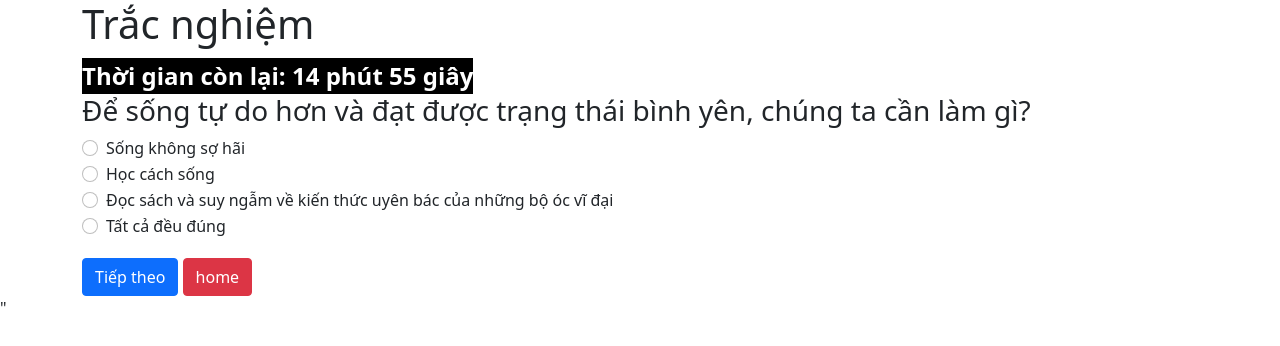
Repository: tran-thien-nhan/quiz_tlln
Page: daily_stoic_quiz.html
The author's editor kept a copy of each file at every save. The page is drawn from the files as they stood at one save, then again after the next save.
The browser window is 1280 px wide. The pictures show the whole page.

Above is the page before, as saved 2023-06-25 20:44:42.

### daily_stoic_quiz.html
<!DOCTYPE html>
<html lang="en">

<head>
    <meta charset="UTF-8">
    <meta name="viewport" content="width=device-width, initial-scale=1.0">
    <title>Trắc nghiệm</title>
    <link rel="stylesheet" href="https://cdnjs.cloudflare.com/ajax/libs/bootstrap/5.0.2/css/bootstrap.min.css">
    <style>
        .question {
            margin-bottom: 20px;
        }
    </style>
</head>

<body>
    <div class="container">
        <h1>Trắc nghiệm</h1>
        <div id="timeclock"></div>
        <div class="question" id="questionContainer">
            <h3 id="question"></h3>
            <img src="" alt="" id="image" style="display: none; width: 20rem; height: 10rem;"> <!-- Thêm thẻ <img> để hiển thị hình ảnh -->
            <div class="form-check">
                <input class="form-check-input" type="radio" name="answer" id="answer1">
                <label class="form-check-label" for="answer1" id="answerText1"></label>
            </div>
            <div class="form-check">
                <input class="form-check-input" type="radio" name="answer" id="answer2">
                <label class="form-check-label" for="answer2" id="answerText2"></label>
            </div>
            <div class="form-check">
                <input class="form-check-input" type="radio" name="answer" id="answer3">
                <label class="form-check-label" for="answer3" id="answerText3"></label>
            </div>
            <div class="form-check">
                <input class="form-check-input" type="radio" name="answer" id="answer4">
                <label class="form-check-label" for="answer4" id="answerText4"></label>
            </div>
            <span id="result"></span>
        </div>

        <button class="btn btn-primary" id="nextButton">Tiếp theo</button>
        <span id="score"></span>
        <a href="index.html" class="btn btn-danger" id="home">home</a>
    </div>

    <!-- Modal -->
    <div class="modal fade" id="myModal" tabindex="-1" aria-labelledby="exampleModalLabel" aria-hidden="true">
        <div class="modal-dialog">
            <div class="modal-content">
                <div class="modal-header">
                    <button type="button" class="btn-close" data-bs-dismiss="modal" aria-label="Close"></button>
                </div>
                <div class="modal-body">
                    Bạn có 15 phút để làm trắc nghiệm.
                    <input type="text" placeholder="điền tên ở đây...">
                </div>
            </div>
        </div>
    </div>

    <script src="https://cdnjs.cloudflare.com/ajax/libs/bootstrap/5.0.2/js/bootstrap.bundle.min.js"></script>
    <script>
        // Đọc câu hỏi từ tệp JSON
        fetch("daily_stoic.json")
            .then(response => response.json())
            .then(data => {
                const questions = data.questions;

                // Lấy ngẫu nhiên 20 câu hỏi
                const randomQuestions = getRandomElements(questions, 3);

                let currentQuestionIndex = 0;
                let score = 0;
                let timeRemaining = 900; // 15 phút * 60 giây = 900 giây

                const questionContainer = document.getElementById("questionContainer");
                const questionElement = document.getElementById("question");
                const imageElement = document.getElementById("image");
                const answerTextElements = [
                    document.getElementById("answerText1"),
                    document.getElementById("answerText2"),
                    document.getElementById("answerText3"),
                    document.getElementById("answerText4")
                ];
                const resultElement = document.getElementById("result");
                const nextButton = document.getElementById("nextButton");
                const scoreElement = document.getElementById("score");

                // Cập nhật câu hỏi và câu trả lời
                function updateQuestion() {
                    const question = randomQuestions[currentQuestionIndex];
                    questionElement.textContent = question.question;
                    resultElement.textContent = "";

                    // Kiểm tra xem câu hỏi có hình ảnh hay không
                    if (question.hasOwnProperty("image") && question.image !== "") {
                        imageElement.style.display = "block"; // Hiển thị thẻ <img>
                        imageElement.src = question.image; // Đặt đường dẫn hình ảnh
                    } else {
                        imageElement.style.display = "none"; // Ẩn thẻ <img> nếu không có hình ảnh
                    }

                    for (let i = 0; i < answerTextElements.length; i++) {
                        answerTextElements[i].textContent = question.choices[i];
                    }
                }

                // Kiểm tra câu trả lời
                function checkAnswer() {
                    const question = randomQuestions[currentQuestionIndex];
                    const selectedAnswer = document.querySelector('input[name="answer"]:checked');

                    if (selectedAnswer) {
                        const selectedAnswerText = selectedAnswer.nextElementSibling.textContent;

                        if (selectedAnswerText === question.correctAnswer) {
                            score += 1;
                            resultElement.textContent = "Đúng";
                            resultElement.style.color = "green";
                        } else {
                            resultElement.textContent = "Sai";
                            resultElement.style.color = "red";
                        }

                        setTimeout(() => {
                            currentQuestionIndex++;

                            if (currentQuestionIndex < randomQuestions.length) {
                                updateQuestion();
                                selectedAnswer.checked = false;
                                nextButton.disabled = true;
                                setTimeout(() => {
                                    nextButton.disabled = false;
                                }, 200);
                            } else {
                                clearInterval(timerInterval);
                                questionContainer.style.display = "none";
                                nextButton.style.display = "none";
                                const finalScore = (score / randomQuestions.length) * 10;
                                scoreElement.textContent = `Tổng điểm: ${finalScore.toFixed(1)}`;
                                scoreElement.style.display = "block";
                                scoreElement.style.fontWeight = "bold";

                                if (finalScore > 5) {
                                    scoreElement.style.color = "green"; // Màu xanh lá cây nếu tổng điểm lớn hơn 5
                                } else {
                                    scoreElement.style.color = "red"; // Màu đỏ nếu tổng điểm nhỏ hơn hoặc bằng 5
                                }

                                scoreElement.style.fontSize = "2rem";

                                if (timeRemaining === 0) {
                                    questionContainer.style.display = "none";
                                    nextButton.style.display = "none";
                                } else {
                                    questionContainer.style.display = "none";
                                    nextButton.style.display = "none";
                                    const minutes = Math.floor((15 * 60 - timeRemaining) / 60);
                                    const seconds = (15 * 60 - timeRemaining) % 60;
                                    timerElement.textContent = `Bạn đã làm xong trong: ${minutes} phút ${seconds} giây`;
                                    timerElement.style.backgroundColor = "white";
                                    timerElement.style.color = "black";
                                }
                            }
                        }, 200);
                    }
                }

                // Xử lý sự kiện khi nhấn nút "Tiếp theo"
                nextButton.addEventListener("click", () => {
                    checkAnswer();
                });

                // Bắt đầu trắc nghiệm
                updateQuestion();

                // Đồng hồ đếm ngược
                const timerElement = document.createElement("div");
                timerElement.style.fontSize = "24px";
                timerElement.style.fontWeight = "bold";
                timerElement.style.marginTop = "10px";
                timerElement.style.textAlign = "center";
                timerElement.style.color = "white";
                timerElement.style.backgroundColor = "black";
                timerElement.style.width = "fit-content";
                timeclock.appendChild(timerElement);

                const timerInterval = setInterval(() => {
                    timeRemaining--;
                    const minutes = Math.floor(timeRemaining / 60);
                    const seconds = timeRemaining % 60;
                    timerElement.textContent = `Thời gian còn lại: ${minutes} phút ${seconds} giây`;

                    if (timeRemaining === 0) {
                        clearInterval(timerInterval);
                        questionContainer.style.display = "none";
                        nextButton.style.display = "none";
                        const finalScore = (score / randomQuestions.length) * 10;
                        scoreElement.textContent = `Tổng điểm: ${finalScore.toFixed(1)}`;
                        scoreElement.style.display = "block";
                        scoreElement.style.fontWeight = "bold";
                        scoreElement.style.color = "red";
                        scoreElement.style.fontSize = "2rem";
                    }
                }, 1000);

                // Hiển thị modal thông báo
                const modal = new bootstrap.Modal(document.getElementById("myModal"));
                modal.show();

                // Tự động đóng modal sau 3 giây
                setTimeout(() => {
                    modal.hide();
                }, 3000);
            })
            .catch(error => {
                console.error("Error:", error);
            });

        // Hàm lấy ngẫu nhiên các phần tử từ một mảng
        function getRandomElements(array, numElements) {
            const shuffledArray = array.sort(() => Math.random() - 0.5);
            return shuffledArray.slice(0, numElements);
        }
    </script>
</body>

</html>"

### daily_stoic.json
{
    "questions": [
      {
        "question": "Công việc quan trọng hàng đầu trong đời là gì?",
        "image": "",
        "choices": [
          "Nhận diện và phân biệt được những vấn đề",
          "Kiểm soát yếu tố ngoại cảnh",
          "Quyết định cho chính mình",
          "Thay đổi tương lai"
        ],
        "correctAnswer": "Nhận diện và phân biệt được những vấn đề"
      },
      {
        "question": "Theo Epictetus, nhận diện tốt xấu là để nhận diện điều gì?",
        "image": "",
        "choices": [
          "Nhận diện tốt xấu của người khác",
          "Nhận diện tốt xấu của yếu tố ngoại cảnh",
          "Nhận diện tốt xấu cho quyết định của chính mình",
          "Nhận diện tốt xấu của tương lai"
        ],
        "correctAnswer": "Nhận diện tốt xấu cho quyết định của chính mình"
      },
      {
        "question": "Công việc quan trọng nhất trong việc thực hành Chủ nghĩa Khắc kỷ là gì?",
        "image": "",
        "choices": [
          "Phân biệt những thứ không thể thay đổi và những thứ có thể thay đổi",
          "Chỉ phân biệt những thứ có thể thay đổi",
          "Kiểm soát những thứ nằm ngoài tầm kiểm soát",
          "Thay đổi tương lai"
        ],
        "correctAnswer": "Phân biệt những thứ không thể thay đổi và những thứ có thể thay đổi"
      },
      {
        "question": "Điều gì là không thể thay đổi và không thể kiểm soát?",
        "image": "",
        "choices": [
          "Thời tiết, chiều cao",
          "Quốc gia sinh ra, sự thích hợp của người khác",
          "Điều kiện gia đình, tuổi tác",
          "cả 3 điều trên"
        ],
        "correctAnswer": "cả 3 điều trên"
      },
      {
        "question": "Lời nguyện An tĩnh được nhắm đến việc gì?",
        "image": "",
        "choices": [
          "Nhận diện được những điều không thể thay đổi",
          "Nhận diện được những điều có thể thay đổi",
          "Nhận diện được hai điều trên",
          "Nhận diện được tương lai"
        ],
        "correctAnswer": "Nhận diện được hai điều trên"
      },
      {
        "question": "Người nghiện ngập ở hiện tại có thể thay đổi được điều gì?",
        "image": "",
        "choices": [
          "Quá khứ, lựa chọn của mình",
          "Qúa khứ, tương lai",
          "Tương lai, sức mạnh hiện tại",
          "Quá khứ, hiện tại"
        ],
        "correctAnswer": "Tương lai, sức mạnh hiện tại"
      },
      {
        "question": "Điều gì sẽ xảy ra nếu chúng ta tập trung vào việc xác định những thứ nằm trong và ngoài tầm kiểm soát của bản thân?",
        "image": "",
        "choices": [
          "Chúng ta sẽ trở nên hạnh phúc hơn",
          "Chúng ta sẽ có lợi thế hơn so với những người đấu tranh trong vô vọng",
          "Chúng ta sẽ đấu tranh trong vô vọng",
          "Chúng ta sẽ tìm ra sự thay đổi"
        ],
        "correctAnswer": "Chúng ta sẽ có lợi thế hơn so với những người đấu tranh trong vô vọng"
      },
      {
        "question": "Thành quả của việc thực hiện theo lời dạy của epictetus là gì trong GIÁO DỤC LÀ TỰ DO ?",
        "image": "",
        "choices": [
          "Sự thanh thản",
          "Lòng dũng cảm",
          "Sự tự do",
          "Tất cả đều đúng"
        ],
        "correctAnswer": "Tất cả đều đúng"
      },
      {
        "question": "Đặt niềm tin vào ai trong việc được giáo dục đúng cách?",
        "image": "",
        "choices": [
          "Kẻ tự do",
          "Những người trân quý kiến thức thật sự",
          "Số đông",
          "Tất cả đều sai"
        ],
        "correctAnswer": "Những người trân quý kiến thức thật sự"
      },
      {
        "question": "Để sống tự do hơn và đạt được trạng thái bình yên, chúng ta cần làm gì?",
        "image": "",
        "choices": [
          "Sống không sợ hãi",
          "Học cách sống",
          "Đọc sách và suy ngẫm về kiến thức uyên bác của những bộ óc vĩ đại",
          "Tất cả đều đúng"
        ],
        "correctAnswer": "Tất cả đều đúng"
      },
      {
        "question": "Việc tự học và tiếp thu kiến thức được coi như chìa khóa dẫn đến điều gì?",
        "image": "",
        "choices": [
          "Tự do",
          "Kiến thức",
          "Sự uyên bác",
          "Trạng thái bình yên"
        ],
        "correctAnswer": "Tự do"
      },
      {
        "question": "Điều gì sẽ xảy ra nếu chúng ta không nhận thức được những gì mình đã đánh mất?",
        "image": "",
        "choices": [
          "Chúng ta sẽ sống bình thường",
          "Chúng ta sẽ chết dần chết mòn",
          "Chúng ta sẽ tìm lại được những gì đã mất",
          "Chúng ta sẽ hối tiếc"
        ],
        "correctAnswer": "Chúng ta sẽ chết dần chết mòn"
      },
      {
        "question": "Trước những thứ không quan trọng, chúng ta nên làm gì để lấy lại chút thời gian?",
        "image": "",
        "choices": [
          "Nói 'Không'",
          "Tham gia với số đông",
          "Tự hỏi làm sao để kiểm soát kỹ",
          "Hối tiếc về những điều đã làm"
        ],
        "correctAnswer": "Nói 'Không'"
      },
      {
        "question": "Nói 'Không' trước những thứ không quan trọng có thể gây hại đến ai?",
        "image": "",
        "choices": [
          "Bản thân chúng ta",
          "Những người khác",
          "Không có ai",
          "Chúng ta sẽ cảm thấy tổn thương"
        ],
        "correctAnswer": "Những người khác"
      },
      {
        "question": "Việc từ chối những thứ không quan trọng cho phép chúng ta có thời gian cho điều gì?",
        "image": "",
        "choices": [
          "Những điều thật sự cần thiết",
          "Sống và tận hưởng cuộc sống của chính mình",
          "Cuộc sống bình thường",
          "Đạt được thành công"
        ],
        "correctAnswer": "Sống và tận hưởng cuộc sống của chính mình"
      },
      {
        "question": "Ba nguyên tắc quan trọng nhất trong triết lý Khắc kỷ là gì?",
        "image": "",
        "choices": [
          "Nhận thức, hành động, ý chí",
          "Chắc chắn, hành động, biết ơn",
          "Kiểm soát nhận thức, hành động đúng đắn, sẵn lòng chấp nhận",
          "Kiểm soát, hành động, triết lý"
        ],
        "correctAnswer": "Kiểm soát nhận thức, hành động đúng đắn, sẵn lòng chấp nhận"
      },
      {
        "question": "Theo triết lý Khắc kỷ, điều gì là thiết yếu trong việc kiểm soát nhận thức của bạn?",
        "image": "",
        "choices": [
          "Niềm tin độc đáo của các nhà Khắc kỷ",
          "Triết lý của Heraclitus và Zeno",
          "Sự phán xét ở thời điểm hiện tại",
          "Ý chí và ý thức của bản thân"
        ],
        "correctAnswer": "Sự phán xét ở thời điểm hiện tại"
      },
      {
        "question": "Hành động một cách đúng đắn là một trong ba phần thiết yếu của triết lý Khắc kỷ. Điều gì được ám chỉ bởi việc hành động đúng đắn?",
        "image": "",
        "choices": [
          "Tìm hiểu về Heraclitus và Zeno",
          "Đạt được sự phán xét chắc chắn",
          "Hành động vì lợi ích chung trong thời điểm hiện tại",
          "Thể hiện triết lý của các nhà Khắc kỷ"
        ],
        "correctAnswer": "Hành động vì lợi ích chung trong thời điểm hiện tại"
      },
      {
        "question": "Điều gì là sự chuẩn bị tinh thần quan trọng để chấp nhận những gì ngoài tầm kiểm soát của bạn?",
        "image": "",
        "choices": [
          "Sự biết ơn với mọi điều bạn đã nhận được",
          "Sự tận hưởng cuộc sống hàng ngày",
          "Ý chí và ý thức của bản thân",
          "Sự phán xét ở thời điểm hiện tại"
        ],
        "correctAnswer": "Sự biết ơn với mọi điều bạn đã nhận được"
      },
      {
        "question": "Bạn đến sân bay muộn và chuyến bay của bạn đã cất cánh. Bạn rất tức giận vì đã bỏ lỡ chuyến bay. Bạn nên làm gì?",
        "image": "",
        "choices": [
          "Gào thét vào mặt nhân viên đại diện của hãng hàng không",
          "Ngồi lại và suy nghĩ về những điều bạn có thể kiểm soát",
          "Hủy bỏ hành trình và trở về nhà",
          "Buồn bã và căng thẳng trong suốt cả ngày"
        ],
        "correctAnswer": "Ngồi lại và suy nghĩ về những điều bạn có thể kiểm soát"
      },
      {
        "question": "Bạn muốn thay đổi chiều cao của mình và nước sống ở một đất nước khác. Bạn nên làm gì?",
        "image": "",
        "choices": [
          "Cố gắng ước mơ và thay đổi chiều cao của mình",
          "Đau khổ vì không thể thay đổi điều đó",
          "Tìm hiểu về các phương pháp tăng chiều cao và di cư",
          "Chấp nhận chiều cao của mình và tận hưởng cuộc sống hiện tại"
        ],
        "correctAnswer": "Chấp nhận chiều cao của mình và tận hưởng cuộc sống hiện tại"
      },
      {
        "question": "Bạn muốn có một người bạn đồng hành và thích bạn. Bạn nên làm gì?",
        "image": "",
        "choices": [
          "Cố gắng làm cho người đó thích bạn",
          "Đau khổ vì không thể khiến người đó thích bạn",
          "Tự thay đổi và cải thiện bản thân để thu hút người khác",
          "Chấp nhận sự thật rằng không thể khiến một người thích mình"
        ],
        "correctAnswer": "Tự thay đổi và cải thiện bản thân để thu hút người khác"
      },
      {
        "question": "Bạn đã trải qua quá khứ đau khổ và gặp rắc rối trong cuộc sống. Bạn nên làm gì?",
        "image": "",
        "choices": [
          "Mắc kẹt trong quá khứ và không thể thay đổi điều đó",
          "Ngồi lại suy nghĩ về quá khứ và phàn nàn",
          "Chấp nhận quá khứ và tập trung vào tương lai",
          "Buồn bã và cảm thấy vô vọng"
        ],
        "correctAnswer": "Chấp nhận quá khứ và tập trung vào tương lai"
      },
      {
        "question": "Theo ý kiến của Seneca, điều gì là nguyên nhân khiến con người trở nên điên dại?",
        "image": "",
        "choices": [
          "Quan điểm sai lệch về những thứ mà họ hướng tới",
          "Sự việc mà họ muốn đạt được",
          "Không có kế hoạch từ đầu đến cuối",
          "Tâm trạng chán nản"
        ],
        "correctAnswer": "Quan điểm sai lệch về những thứ mà họ hướng tới"
      },
      {
        "question": "Theo Robert Greene, việc lập kế hoạch từ đầu đến cuối có tác dụng gì?",
        "image": "",
        "choices": [
          "Tránh choáng ngợp bởi hoàn cảnh",
          "Đạt được kết quả tốt nhất",
          "Đảm bảo sự thành công",
          "Hạn chế thất bại"
        ],
        "correctAnswer": "Tránh choáng ngợp bởi hoàn cảnh"
      },
      {
        "question": "Thói quen thứ hai trong 7 Thói quen của người thành đạt là gì?",
        "image": "",
        "choices": [
          "Bắt đầu với một cái kết trong tâm trí",
          "Lập kế hoạch chi tiết từ đầu đến cuối",
          "Hình dung ra cái kết trong đầu",
          "Đặt mục tiêu cụ thể"
        ],
        "correctAnswer": "Bắt đầu với một cái kết trong tâm trí"
      },
      {
        "question": "Theo nhà Khắc kỷ, sự lạc lối và hỗn loạn trong hành vi xảy ra khi?",
        "image": "",
        "choices": [
          "Không có những nỗ lực hướng vào nguyên nhân và mục đích",
          "Quá tập trung vào kế hoạch từ đầu đến cuối",
          "Chịu trách nhiệm với những xao nhãng trong tâm hồn",
          "Không biết khi nào nói có và khi nào nói không"
        ],
        "correctAnswer": "Không có những nỗ lực hướng vào nguyên nhân và mục đích"
      },
      {
        "question": "khi mất đi sự định nghĩa, con người có thể bị lạc lối vào phương hướng nào?",
        "image": "",
        "choices": [
          "Phương hướng vô định",
          "Phương hướng cụ thể",
          "Phương hướng chính xác",
          "Phương hướng sáng suốt"
        ],
        "correctAnswer": "Phương hướng vô định"
      }
    ]
  }

After the next save:
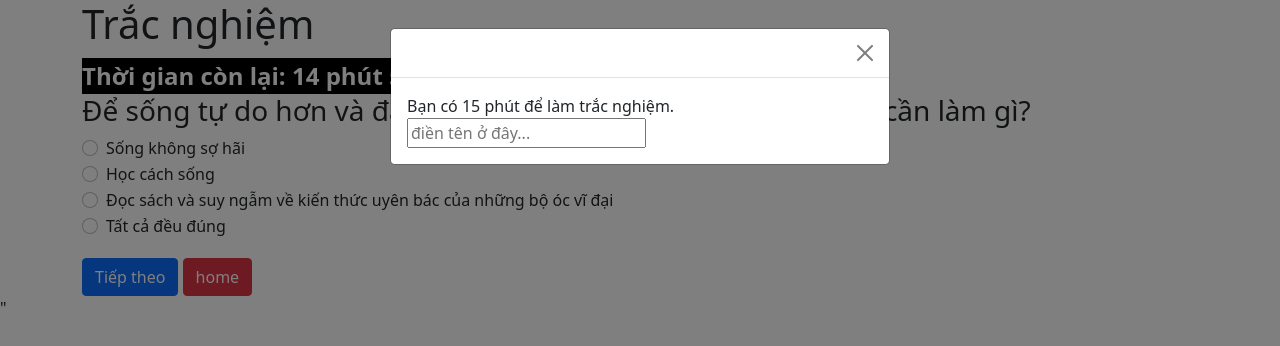
Saved 33 s later.
--- a/daily_stoic_quiz.html
+++ b/daily_stoic_quiz.html
@@ -212,7 +212,7 @@
                 // Tự động đóng modal sau 3 giây
                 setTimeout(() => {
                     modal.hide();
-                }, 3000);
+                }, 20000);
             })
             .catch(error => {
                 console.error("Error:", error);

After the save that followed:
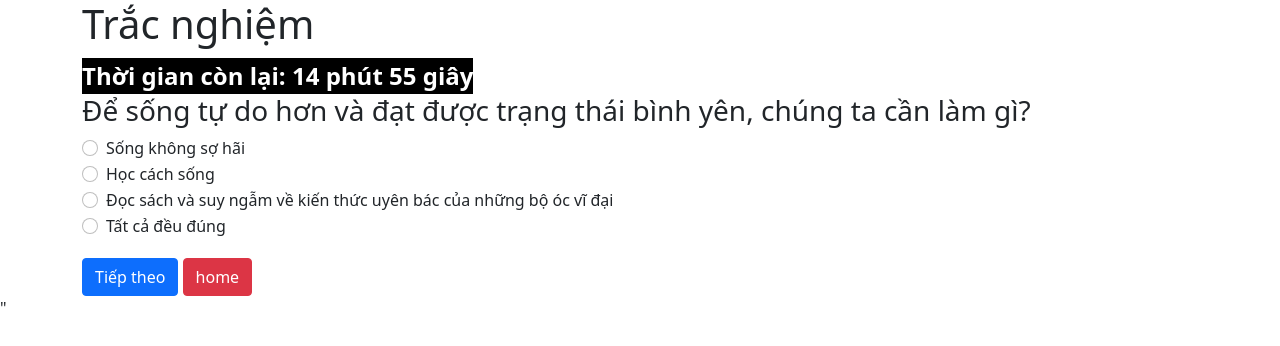
Console error: TypeError: Cannot read properties of null (reading 'addEventListener')
Saved 3 min 4 s later.
--- a/daily_stoic_quiz.html
+++ b/daily_stoic_quiz.html
@@ -19,7 +19,8 @@
         <div id="timeclock"></div>
         <div class="question" id="questionContainer">
             <h3 id="question"></h3>
-            <img src="" alt="" id="image" style="display: none; width: 20rem; height: 10rem;"> <!-- Thêm thẻ <img> để hiển thị hình ảnh -->
+            <img src="" alt="" id="image" style="display: none; width: 20rem; height: 10rem;">
+            <!-- Thêm thẻ <img> để hiển thị hình ảnh -->
             <div class="form-check">
                 <input class="form-check-input" type="radio" name="answer" id="answer1">
                 <label class="form-check-label" for="answer1" id="answerText1"></label>
@@ -53,7 +54,7 @@
                 </div>
                 <div class="modal-body">
                     Bạn có 15 phút để làm trắc nghiệm.
-                    <input type="text" placeholder="điền tên ở đây...">
+                    <input type="text" id="userNameInput" placeholder="điền tên ở đây...">
                 </div>
             </div>
         </div>
@@ -86,6 +87,8 @@
                 const resultElement = document.getElementById("result");
                 const nextButton = document.getElementById("nextButton");
                 const scoreElement = document.getElementById("score");
+
+                let userName = ""; // Lưu trữ tên người dùng
 
                 // Cập nhật câu hỏi và câu trả lời
                 function updateQuestion() {
@@ -212,7 +215,7 @@
                 // Tự động đóng modal sau 3 giây
                 setTimeout(() => {
                     modal.hide();
-                }, 20000);
+                }, 3000);
             })
             .catch(error => {
                 console.error("Error:", error);
@@ -223,6 +226,20 @@
             const shuffledArray = array.sort(() => Math.random() - 0.5);
             return shuffledArray.slice(0, numElements);
         }
+
+        // Lắng nghe sự kiện khi nhấn Enter trong input tên
+        const nameInput = document.getElementById("nameInput");
+        nameInput.addEventListener("keydown", event => {
+            if (event.key === "Enter") {
+                const name = nameInput.value;
+                const nameDisplayElements = document.getElementsByClassName("nameDisplay");
+
+                for (let i = 0; i < nameDisplayElements.length; i++) {
+                    nameDisplayElements[i].textContent = name;
+                }
+            }
+        });
+
     </script>
 </body>
 
